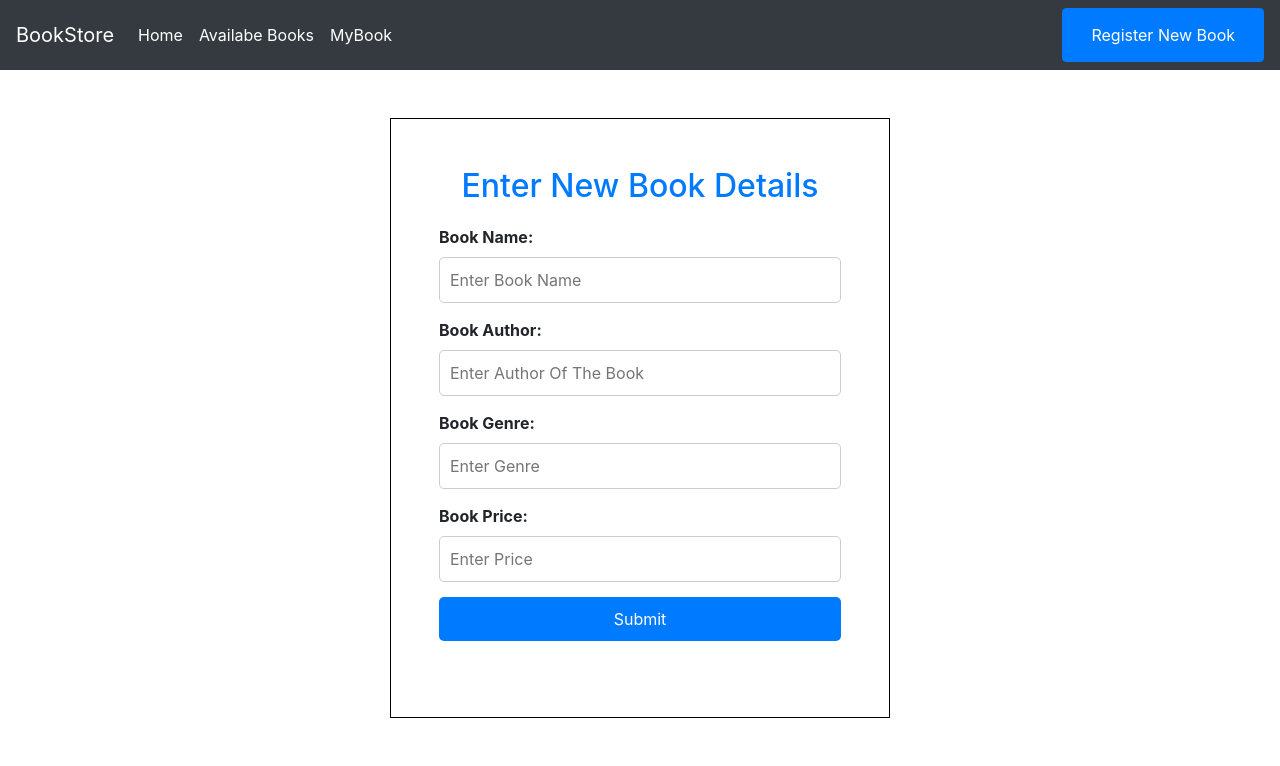
Repository: Sumanta-Sahoo/BookStoreApp
Page: bookstore/src/main/resources/static/bookRegister.html
These files come from the project's save history. The page is drawn as it stood at one moment and after the next save; the edit follows.
The browser window is 1280 px wide. The pictures show the whole page.

Above is the page before, as saved 2024-03-15 12:16:39.

After the next save:
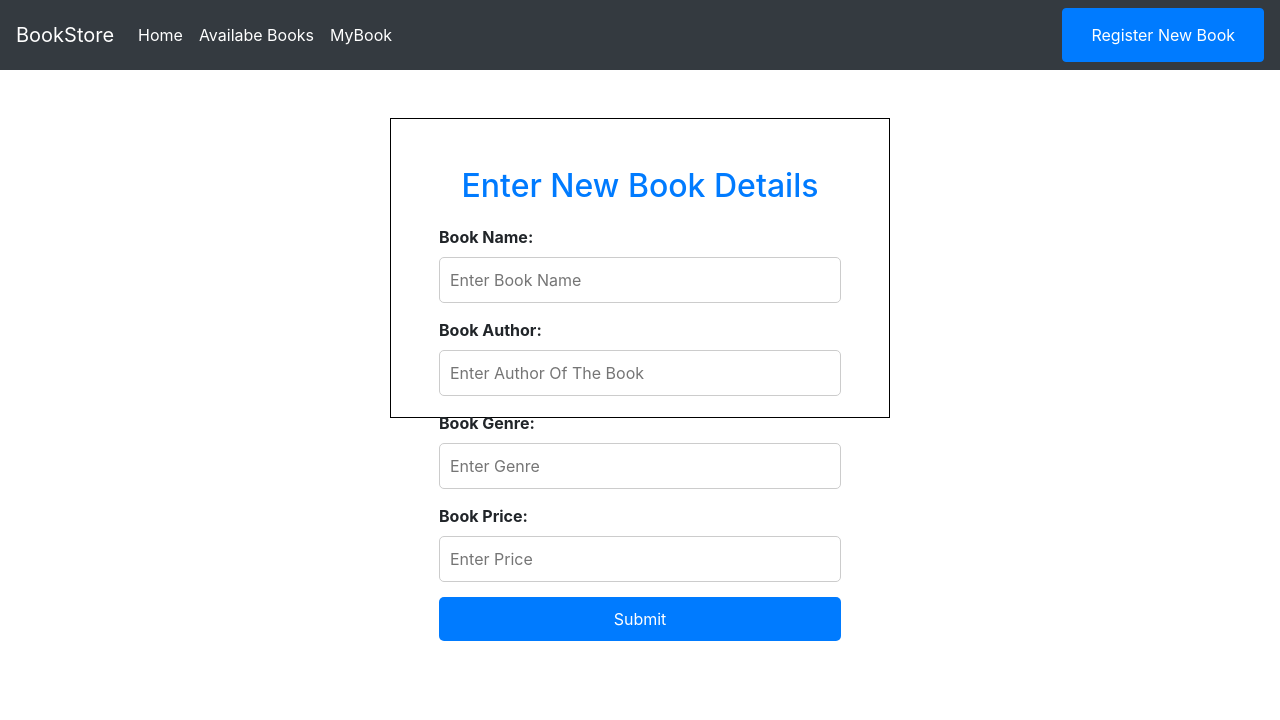
Saved 13 s later.
--- a/bookstore/src/main/resources/static/bookRegister.html
+++ b/bookstore/src/main/resources/static/bookRegister.html
@@ -41,7 +41,7 @@
 		</div>
 	</nav>
 
-	<div class="container my-5 p-5" style="border:1px solid black; width: 500px; height:600px;">
+	<div class="container my-5 p-5" style="border:1px solid black; width: 500px; height:300px;">
 
 		<h2 class="text-center" style="margin-bottom: 20px; color: #007bff;">Enter New Book Details</h2>
 
